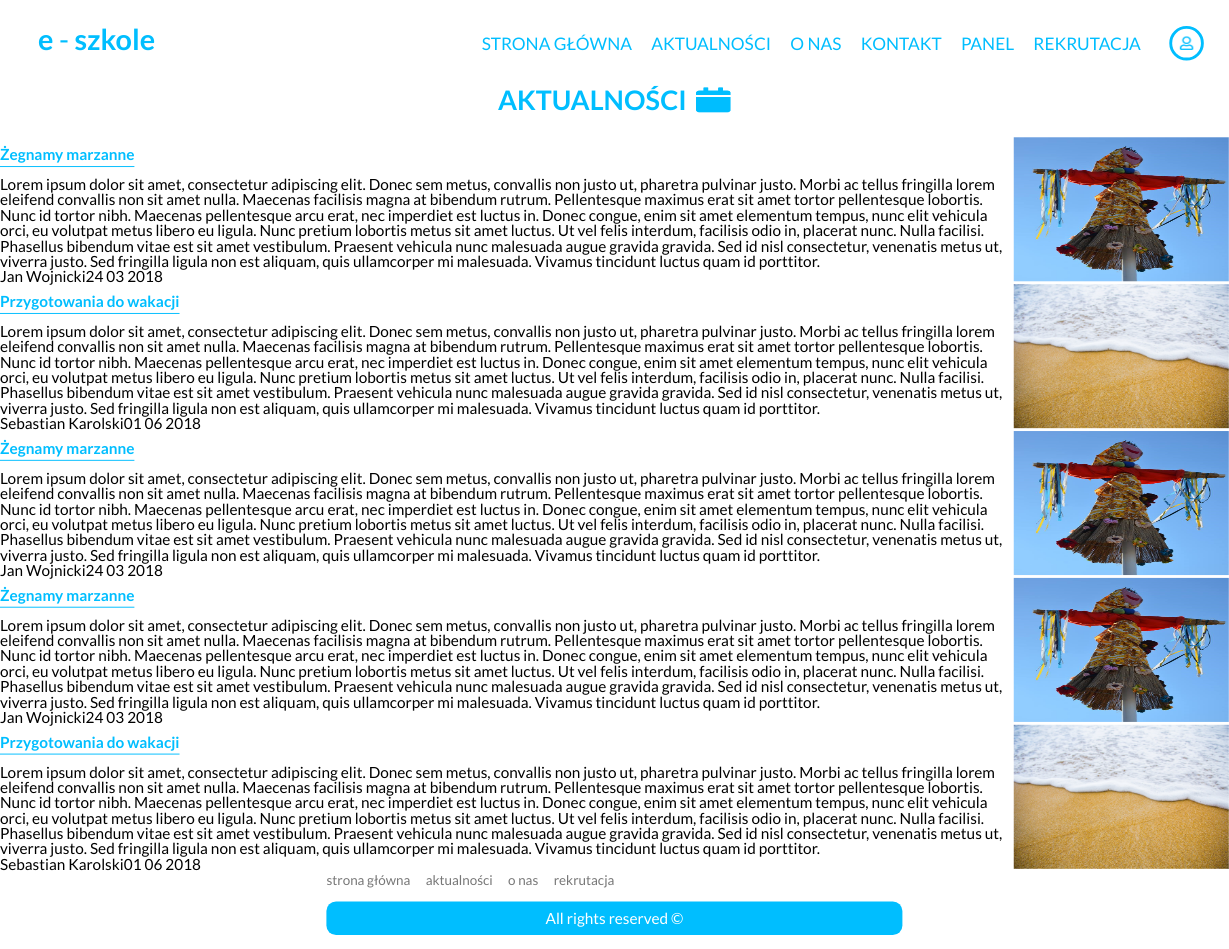
Repository: Votex874/e-szkole
Page: /blog (app in app/)
These files come from the project's save history. The page is drawn as it stood at one moment and after a run of saves; the edit follows.
The browser window is 1280 px wide. The pictures show the whole page, at 96% of full size.
The project was rebuilt for these pictures with package versions that can differ from the ones it lists, and the page was loaded fresh each time. Also part of the build but not shown: app/src/components/News/Title/index.js, app/src/components/News/Content/index.js, app/src/components/News/Avatar/index.js, app/src/components/News/Footer/index.js, app/src/components/News/index.js, app/src/components/AboutUs/Content/index.js, app/src/components/AboutUs/index.js, app/src/components/Graduates/ListItem/index.js and 11 more.

Above is the page before, as saved 2019-03-05 19:16:27.

### app/src/index.js
import React from 'react';
import ReactDOM from 'react-dom';
import App from './App';
import * as serviceWorker from './serviceWorker';
import { createStore } from 'redux';
import { Provider } from 'react-redux';
import rootReducer from './reducers/rootReducer'

const store = createStore(rootReducer);

ReactDOM.render(<Provider store={store}><App /></Provider>, document.getElementById('root'));

// If you want your app to work offline and load faster, you can change
// unregister() to register() below. Note this comes with some pitfalls.
// Learn more about service workers: http://bit.ly/CRA-PWA
serviceWorker.unregister();

### app/src/App.js
import React, { Component } from 'react';
import { Route, BrowserRouter, Switch } from 'react-router-dom'
import './reset.scss'

import Home from './containers/Home/index'
import Login from './containers/Login/index'
import Contact from './containers/Contact/index'
import News from './containers/News/index'

class App extends Component {
  render() {
    return (
      <BrowserRouter>
        <Switch>
          <Route exact path='/' component={Home} />
          <Route path='/login' component={Login} />
          <Route path='/kontakt' component={Contact} />
          <Route path='/blog' component={News} />
        </Switch>
      </BrowserRouter>
    );
  }
}

export default App;

### app/src/reset.scss
html, body, div, span, applet, object, iframe,
h1, h2, h3, h4, h5, h6, p, blockquote, pre,
a, abbr, acronym, address, big, cite, code,
del, dfn, em, img, ins, kbd, q, s, samp,
small, strike, strong, sub, sup, tt, var,
b, u, i, center,
dl, dt, dd, ol, ul, li,
fieldset, form, label, legend,
table, caption, tbody, tfoot, thead, tr, th, td,
article, aside, canvas, details, embed,
figure, figcaption, footer, header, hgroup,
menu, nav, output, ruby, section, summary,
time, mark, audio, video {
	margin: 0;
	padding: 0;
	border: 0;
	font-size: 100%;
	font: inherit;
	vertical-align: baseline;
}
/* HTML5 display-role reset for older browsers */
article, aside, details, figcaption, figure,
footer, header, hgroup, menu, nav, section {
	display: block;
}
body {
	line-height: 1;
}
ol, ul {
	list-style: none;
}
blockquote, q {
	quotes: none;
}
blockquote:before, blockquote:after,
q:before, q:after {
	content: '';
	content: none;
}
table {
	border-collapse: collapse;
	border-spacing: 0;
}
@import url('https://fonts.googleapis.com/css?family=Lato:300,300i,400,400i,700&amp;subset=latin-ext');

 body {
	font-family: 'Lato', sans-serif;
 }

 a{
	 text-decoration: none;
 }

### app/src/containers/News/index.js
import React, { Component } from 'react'

import HeaderMain from '../../components/HeaderMain/index'
import Footer from '../../components/Footer/index'
import Blog from '../../components/Blog/index'


class News extends Component {
  render (){
    return (
      <React.Fragment>
        <HeaderMain />
        <Blog />
        <Footer />
      </React.Fragment>
    )
  }
}

export default News

### app/src/components/HeaderMain/index.js
import React, { Component } from 'react';
import styled from 'styled-components'
import Logo from '../Logo/index'
import Navigation from '../Nav/index'
import Hamburger from '../Hamburger/index'

const Header = styled.header`
 max-width: 1400px;
 height: 100px;
 margin: 0 auto;
 display: flex;
 justify-content: space-between;
 align-items: center;
 box-sizing: border-box;
 margin-top: 15px;
 @media (max-width: 1400px){
   width: 96%;
   height: 50px;
   align-items: center;
 }
`

class HeaderMain extends Component {
  constructor(props){
    super(props)

    this.state = {
      width: 0
    }
  }

  componentDidMount = () => {
    this.updateWindowDimensions();
    window.addEventListener('resize', this.updateWindowDimensions);
  }

  componentWillUnmount = () => {
    window.removeEventListener('resize', this.updateWindowDimensions);
  }

  updateWindowDimensions = () => {
    this.setState({ width: window.innerWidth });
  }

  render() {
    const { width } = this.state;
    return (
      <Header>
        <Logo />
        { width <= 767 ? <Hamburger /> : <Navigation /> }
      </Header>
    );
  }
}

export default HeaderMain;

### app/src/components/Footer/index.js
import React, { Component } from 'react'
import styled from 'styled-components'
import FooterNav from './FooterNav/index'
import { lightBlue } from '../../constColors'

const FooterContainer = styled.footer`
  width: 600px;
  margin: 0 auto;
  @media (max-width: 767px){
    width: 100%;
  }
`

const FooterBanner = styled.div`
  background-color: ${lightBlue};
  display: flex;
  justify-content: center;
  align-items: center;
  color: #fff;
  margin: 15px auto;
  height: 35px;
  border-radius: 10px;
  @media (max-width: 767px){
    width: 100%;
    border-radius: 0;
  }
`

class Footer extends Component {
  render(){
    return (
      <FooterContainer>
        <FooterNav />
        <FooterBanner>All rights reserved &copy; </FooterBanner>
      </FooterContainer>
    )
  }
}


export default Footer

### app/src/components/Blog/index.js
import React, { Component } from 'react'
import styled from 'styled-components'
import { connect } from 'react-redux'

import Post from './Post/index'
import SectionTitle from '../SectionTitle/index'
import IconNews from '../../images/icons/calendar.png'

const BlogContainer = styled.section`
`

class Blog extends Component {
  constructor(props){
    super(props)

    this.state = {
      title: "Aktualności"
    }
  }

  render(){
    const { news } = this.props
    return (
      <BlogContainer>
      <SectionTitle img={IconNews} title={this.state.title} />
        {news.map((post, i) => (
          <Post key={i} content={post} />
        ))}
      </BlogContainer>
    )
  }
}

const mapStateToProps = ({ news }) => {
  return {
    news
  }
}

export default connect(mapStateToProps)(Blog)

### app/src/components/Logo/index.js
import React, { Component } from 'react';
import styled from 'styled-components'
import { shineOnHover, lightBlue } from '../../constColors'
import { Link } from 'react-router-dom'

const Alink = styled.span`
  display: flex;
  flex-direction: column;
  justify-content: center;
  align-items: center;
  width: 225px;
  padding: 0 10px;
  text-decoration: none;
  font-size: 50px;
  @media (max-width: 767px) {
    width: 150px;
    height: auto;
    font-size: 28px;
    align-items: flex-start;
    justify-content: flex-start;
    padding: 0;
  }
  @media (min-width: 768px) and (max-width: 1400px) {
    width: 150px;
    font-size: 30px;
    padding: 0;
  }
  @media (min-width: 1401px){
    ${shineOnHover}
  }
`
const Span = styled.h1`
  color: ${lightBlue};
  transition: .2s;
`
const Bold = styled.b`
  font-weight: bold;
`

class Logo extends Component {
  constructor(props){
    super(props)

    this.state = {
      logoLink: '/'
    }
  }
  render() {
    const { logoLink } = this.state;
    return (
      <Link to={logoLink}>
        <Alink>
          <Span id='logo' className="logo2"><Bold>e</Bold> - <Bold>szkole</Bold></Span>
        </Alink>
      </Link>
    );
  }
}

export default Logo;

### app/src/components/Nav/index.js
import React, { Component } from 'react';
import { connect } from 'react-redux'
import styled from 'styled-components'
import SingleLink from './Link/index'
import LoginButton from './../LoginButton/index';


const Nav = styled.nav`
  display: flex;
  margin: 10px 20px 0 auto;
  @media (max-width: 767px){
    flex-direction: column;
    margin: 120px 0 0 0;
  }
`

class Navigation extends Component {

  render() {
    const { links } = this.props;
    let listOfLinks = [];
    let i = 0;
    for (const key of Object.keys(links)) {
      // console.log(key, links[key]);
      listOfLinks[i] = <SingleLink data={links[key]} key={key} />
      i++;
    }
    return (
      <React.Fragment>
        <Nav>
          {listOfLinks}
        </Nav>
        <LoginButton />
      </React.Fragment>
    );
  }
}

const mapStateToProps = (state) => {
  return {
    links: state.links
  }
}

export default connect(mapStateToProps)(Navigation);

### app/src/components/Hamburger/index.js
import React, { Component } from 'react';
import styled from 'styled-components'
import hamburgerImg from '../../images/icons/hamburger.png'
import times from '../../images/icons/times.png'
import Navigation from '../Nav/index'

const Hamburger = styled.div`
  width: 40px;
  height: 40px;
`

const HamburgerImg = styled.img`
  width: 100%;
  height: 100%;
  opacity: 1;
  transition: .4s;
  position: relative;
  z-index: 10;
`

const MobileContainer = styled.div`
  position: absolute;
  display: flex;
  flex-direction: column-reverse;
  top: 0;
  left: 0;
  width: 100vw;
  height: 100vh;
  background-color: #fff;
  opacity: .9;
  z-index: 1;
  transition: .3s;
`

class Hambuger extends Component {
  constructor(props){
    super(props)

    this.body = document.querySelector('body');

    this.state = {
      imgAlt: 'hamburgerMenuIcon',
      imgSrc: hamburgerImg,
      fade: 1,
      displayMobile: 'none'
    }
  }

  handleHamburger = () => {
    const { imgSrc } = this.state;
    setTimeout( () => {
      if (imgSrc !== hamburgerImg) {
        this.body.style.overflow = "auto";
        this.setState({
          imgSrc: hamburgerImg,
          displayMobile: 'none',
          fade: 1
        })
      } else {
        this.body.style.overflow = "hidden";
        this.setState({
          imgSrc: times,
          displayMobile: 'block',
          fade: 1
        })
      }
    }, 400)
    this.setState({
      fade: 0
    })
  }

  render() {
    const { imgAlt, imgSrc, fade, displayMobile } = this.state
    return (
      <Hamburger>
        <HamburgerImg style={{opacity: fade}} src={imgSrc} alt={imgAlt} onClick={this.handleHamburger}/>
        <MobileContainer style={{display: displayMobile}}>
          <Navigation />
        </MobileContainer>
      </Hamburger>
    );
  }
}


export default Hambuger;

### app/src/components/SectionTitle/index.js
import React from 'react'
import styled from 'styled-components'
import { lightBlue } from '../../constColors'

const HeaderTitle = styled.h2`
  color: ${lightBlue};
  font-size: 32px;
  text-transform: uppercase;
  font-weight: bold;
  text-align: center;
  @media (max-width: 767px){
    font-size: 22px;
  }
  @media (min-width: 768px) and (max-width: 1400px){
    font-size: 28px;
  }
`
const HeaderImg = styled.img`
  width: 40px;
  height: 30px;
  margin-left: 10px;
  @media(max-width: 767px){
    width: 30px;
    height: 20px;
  }
  @media (min-width: 768px) and (max-width: 1400px){
    width: 36px;
    height: 26px;
  }
`

const Header = styled.header`
  display: flex;
  justify-content: center;
  align-items: center;
  width: 90%;
  margin: 25px auto;
`

const SectionTitle = ({ title, img }) => {
  return (
    <Header>
      <HeaderTitle>{title}</HeaderTitle>
      <HeaderImg src={img} alt="ikona zespolu"/>
    </Header>
  )
}


export default SectionTitle;

### app/src/components/Footer/FooterNav/index.js
import React, { Component } from 'react'
import styled from 'styled-components'
import NavLink from './NavLink/index'
import { connect } from 'react-redux'

const NavContainer = styled.nav`
  display: flex;
  justify-content: space-between;
  width: 50%;
  @media (max-width: 767px){
    width: 90%;
    margin: 0 auto;
  }
`

class FooterNav extends Component {
  constructor(props){
    super(props)

    this.state = {
      nav: []
    }
  }
  componentDidMount = () => {
    const { links } = this.props
    let listOfNavs = [];
    let i = 0;
    for (const key of Object.keys(links)) {
      if(links[key].basic === 'true'){
        listOfNavs[i] =
          <NavLink name={links[key].name} url={links[key].url} key={key} />
        i++;
      }
    }
    this.setState({
      nav: listOfNavs
    })
  }

  render(){
    const { nav } = this.state;
    return(
      <NavContainer>
        {nav}
      </NavContainer>
    )
  }
}

const mapStateToProps = (state) => {
  return {
    links: state.links
  }
}

export default connect(mapStateToProps)(FooterNav);

### app/src/constColors.js
const brown = '#BF5000';
const greenDark = '#008723';
const greenLight = '#34BD56';
const lightBlue = '#00BEFF';
const turquoise = '#fff';
const darkBlue = '#0057AE';

const shineOnHover = `
position: relative;
    overflow: hidden;
    display: inline-block;
    border-radius: 5px;
    text-align: center;
    line-height: 50px;

  &:after {
    content: "";
    position: absolute;
    top: -110%;
    left: -210%;
    width: 200%;
    height: 200%;
    opacity: 0;
    /* transform: rotate(30deg); */

    background: rgba(0, 190, 255, 0.13);
    background: linear-gradient(
      to right,
      rgba(0, 190, 255, 0.13) 0%,
      rgba(0, 190, 255, 0.13) 77%,
      rgba(0, 190, 255, 0.5) 92%,
      rgba(0, 190, 255, 0.0) 100%
    );
  }

  &:hover:after {
    opacity: 1;
    top: -30%;
    left: -30%;
    transition-property: left, top, opacity;
    transition-duration: 0.7s, 0.7s, 0.15s;
    transition-timing-function: ease;
  }


  &:active:after {
    opacity: 0;
  }
`

export { brown, greenLight, greenDark, lightBlue, shineOnHover, turquoise, darkBlue }

### app/src/components/Blog/Post/index.js
import React, { Component } from 'react'
import styled from 'styled-components'

import Avatar from './Avatar/index'
import Content from './Content/index'
import Footer from './Footer/index'
import Title from './Title/index'

const PostContainer = styled.article`
  display: flex;
  margin: 0 auto;

  @media (max-width: 767px){
    flex-direction: column-reverse;
    max-width: 300px;
  }
`

const ContentContainer = styled.section`

`

class Post extends Component {
  render() {
    const { content } = this.props
    return (
      <PostContainer>
        <ContentContainer>
          <Title title={content.title} />
          <Content text={content.content} />
          <Footer date={content.date} author={content.author} />
        </ContentContainer>
        <Avatar img={content.imageName} />
      </PostContainer>
    )
  }
}

export default Post

### app/src/components/Nav/Link/index.js
import React from 'react';
import styled from 'styled-components'
import { shineOnHover, lightBlue } from '../../../constColors'
import { Link } from 'react-router-dom'

const Alink = styled.span`
  text-decoration: none;
  color: ${lightBlue};
  margin: 10px 0;
  padding: 0 12px;
  font-size: 20px;
  text-transform: uppercase;
  text-align: center;

  @media (max-width: 767px){
    font-size: 24px;
    display: flex;
    justify-content: center;
    align-items: center;
  }
  @media (min-width: 768px) and (max-width: 1050px){
    font-size: 14px;
    margin: 10px 0;
    padding: 4px;
  }
  @media (min-width: 1051px) and (max-width: 1400px){
    font-size: 18px;
    margin: 10px 0;
    padding: 0 10px;
  }
  @media (min-width: 1401px){
    ${shineOnHover}
}
`

const SingleLink = ({ data }) => {
  const handleClick = () => {
    document.querySelector('body').style.overflow = "auto";
  }
  return (
    <Link onClick={handleClick} to={data.url}>
      <Alink>
        {data.name}
      </Alink>
    </Link>
  )
}

export default SingleLink;

### app/src/components/LoginButton/index.js
import React, { Component } from 'react';
import styled from 'styled-components'
import imgUser from '../../images/icons/loginUser.png'
import { shineOnHover, lightBlue } from '../../constColors'
import { Link } from 'react-router-dom'

const ButtonAlink = styled.span`
  width: 160px;
  height: 30px;
  font-size: 14px;
  text-transform: uppercase;
  font-weight: bold;
  text-decoration: none;
  display: flex;
  justify-content: center;
  align-items: center;
  border-radius: 20px;
  border: 3px solid ${lightBlue};
  margin-top: 10px;
  @media (max-width: 767px){
    position: absolute;
    top: 15px;
    left: 10px;
    width: 220px;
    height: 40px;
    font-size: 24px;
  }
  @media (min-width: 768px) and (max-width: 1400px){
    width: 30px;
  }
  @media (min-width: 1401px){
    ${shineOnHover}
    border-radius: 20px;
    line-height: normal;
    display: flex;
  }
`

const IconImg = styled.img`
  background-position: center;
  background-size: cover;
  background-repeat: no-repeat;
  margin-left: 15px;
  width: 14px;
  height: 14px;
  @media (max-width: 767px){
    width: 26px;
    height: 26px;
  }
  @media (min-width: 768px) and (max-width: 1400px){
    margin-left: 0;
  }
`
const SpanText = styled.span`
  color: ${lightBlue};
  @media (min-width: 768px) and (max-width: 1400px){
    display: none;
  }
`

class LoginButton extends Component {
  constructor(props){
    super(props)

    this.state = {
      loginLink: '/login'
    }
  }

  handleEnableScroll = () => {
    document.querySelector('body').style.overflow = "auto";
  }

  render() {
    const { loginLink } = this.state;
    return (
      <Link onClick={this.handleEnableScroll} to={loginLink} >
        <ButtonAlink>
          <SpanText>zaloguj się</SpanText>
          <IconImg src={imgUser} />
        </ButtonAlink>
      </Link>
    );
  }
}

export default LoginButton;

### app/src/components/Footer/FooterNav/NavLink/index.js
import React from 'react'
import styled from 'styled-components'
import { Link } from 'react-router-dom'

const Alink = styled.span`
  text-decoration: none;
  font-size: 14px;
  color: #777;
  @media (max-width: 767px){
    font-size: 12px;
  }
  @media (min-width: 768px) and (max-width: 1400px){
    font-size: 14px;
  }
`


const NavLink = ({ name, url }) => {
  return (
    <Link to={url}>
      <Alink>{name}</Alink>
    </Link>
  )
}

export default NavLink

### app/src/components/Blog/Post/Avatar/index.js
import React from 'react'
import styled from 'styled-components'

const AvatarImg = styled.img`
  width: 100%;
  height: 100%;
`

const ContainerImg = styled.div`
  width: 100%;
  height: 150px;
  margin: 0 auto;
  @media (max-width: 767px){
    height: 150px;
  }
`

const Avatar = ({ img }) => {
  return (
    <ContainerImg>
      <AvatarImg src={require(`../../../../images/news/${img}.png`)} />
    </ContainerImg>
  )
}

export default Avatar

### app/src/components/Blog/Post/Content/index.js
import React from 'react'

const Content = ({ text }) => {
  return (
    <div>{text}</div>
  )
}

export default Content

### app/src/components/Blog/Post/Footer/index.js
import React from 'react'

const Footer = ({ author, date }) => {
  return (
    <div>{author}{date}</div>
  )
}

export default Footer

### app/src/components/Blog/Post/Title/index.js
import React from 'react'
import styled from 'styled-components'

import { lightBlue } from '../../../../constColors'

const Header = styled.header`
`

const ContainerTitle = styled.h2`
  margin: 10px 0;
  padding-bottom: 4px;
  font-weight: bold;
  color: ${lightBlue};
  border-bottom: 1px solid ${lightBlue};
  display: inline-block;
  @media (max-width: 767px){
    font-size: 20px;
  }
`

const Title = ({ title }) => {
  return (
    <Header>
      <ContainerTitle>{title}</ContainerTitle>
    </Header>
  )
}

export default Title

Loaded but not shown: app/public/index.html (common file); app/src/serviceWorker.js (common file); app/src/reducers/rootReducer.js (90 lines, source omitted)

After the next 2 saves:
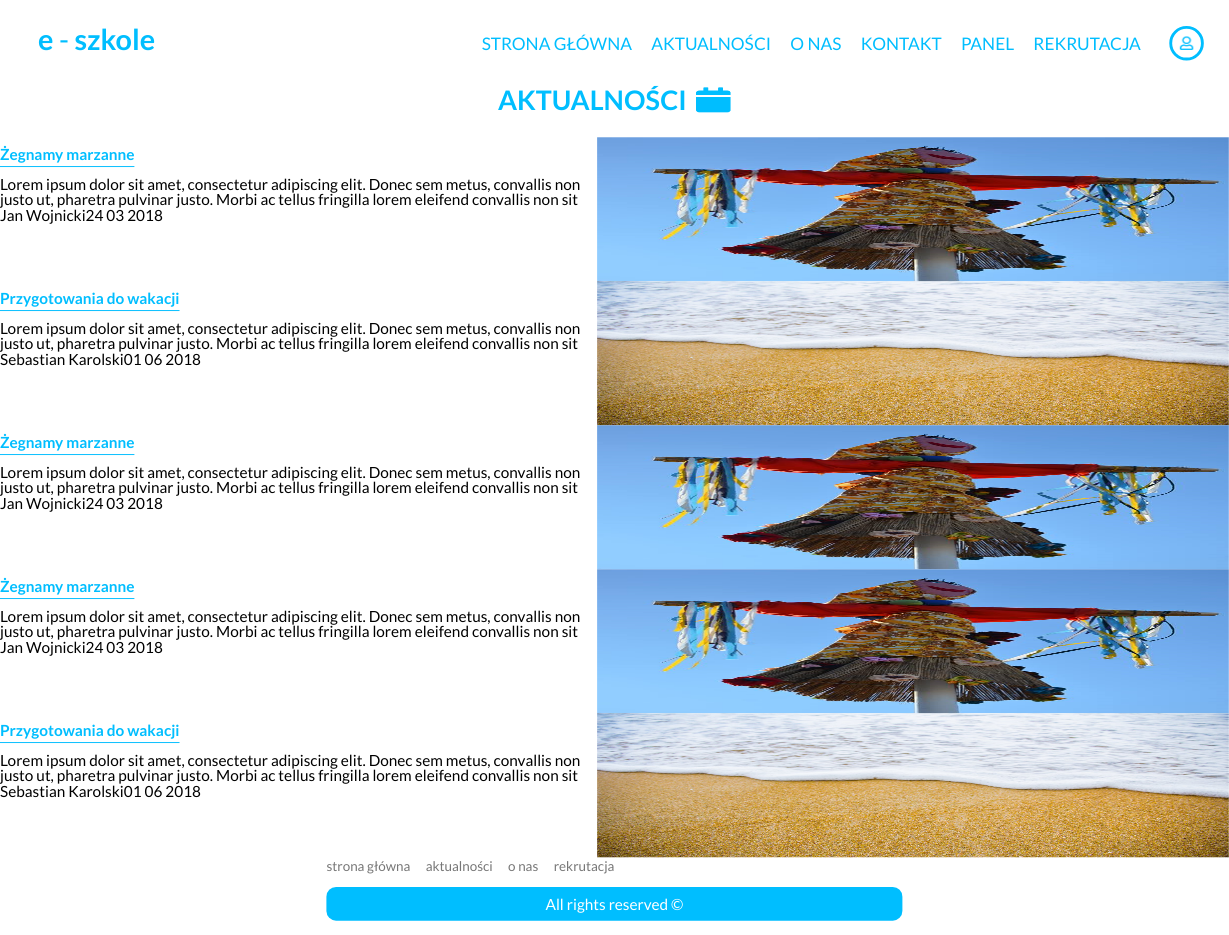
The 2 saves are shown as one change because 1 did not build or start.
The last was saved 4 min 0 s later.
--- a/app/src/components/Blog/Post/Content/index.js
+++ b/app/src/components/Blog/Post/Content/index.js
@@ -1,8 +1,12 @@
 import React from 'react'
+import styled from 'styled-components'
+
+const TextContainer = styled.p`
+`
 
 const Content = ({ text }) => {
   return (
-    <div>{text}</div>
+    <TextContainer>{text.slice(0, 199)}</TextContainer>
   )
 }
 
